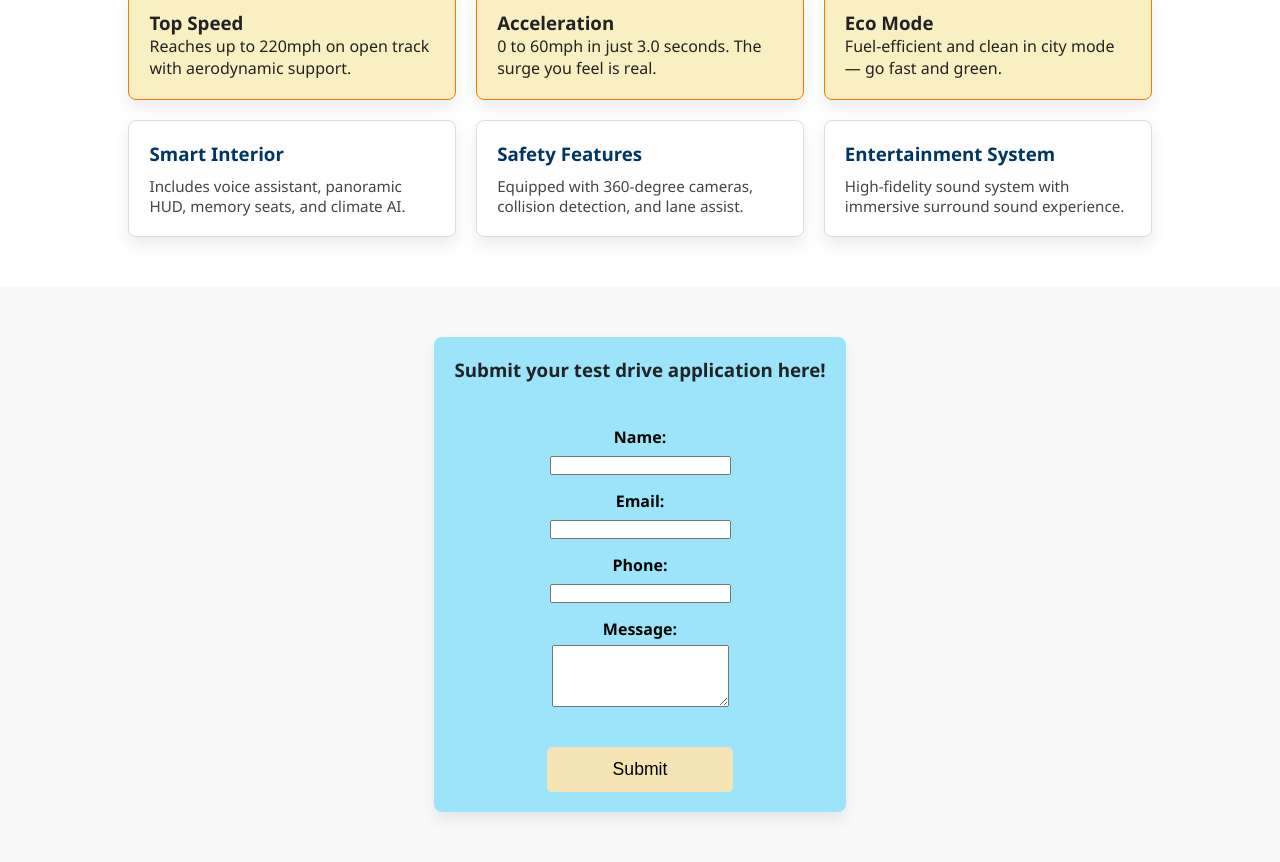
Repository: JiaheSu22/vrooom-responsive-main
Page: index.html
An editor plug-in stored every save of this project. The page is shown before and after the next save, followed by the edit.
The browser window is 1280 px wide. The pictures show the part of the page from y = 781 to 1733 px (the page is 1643 px tall before and 1733 px after).
A picture or video elsewhere on the page could not be fetched, so the positions and the page height are approximate.

Above is the page before, as saved 2025-04-11 15:10:26.

After the next save:
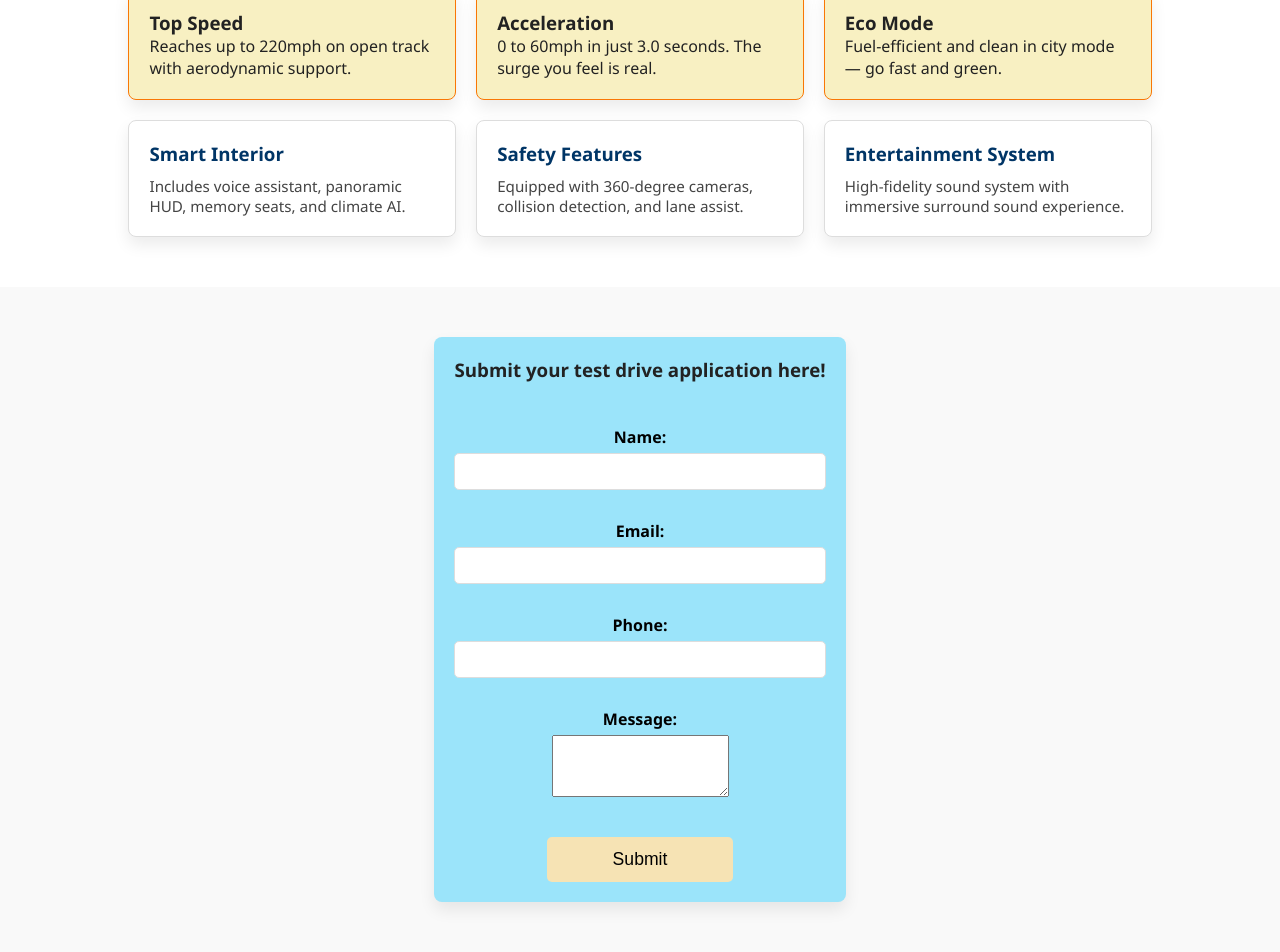
Saved 52 s later.
--- a/index.html
+++ b/index.html
@@ -172,6 +172,14 @@
       font-weight: bold;
       margin-bottom: 5px;
       color: #000000;
+    }
+
+    .form-section input {
+      width: 100%;
+      padding: 10px;
+      border: 1px solid #ddd;
+      border-radius: 5px;
+      margin-bottom: 15px;
     }
 
     .form-section .form {
